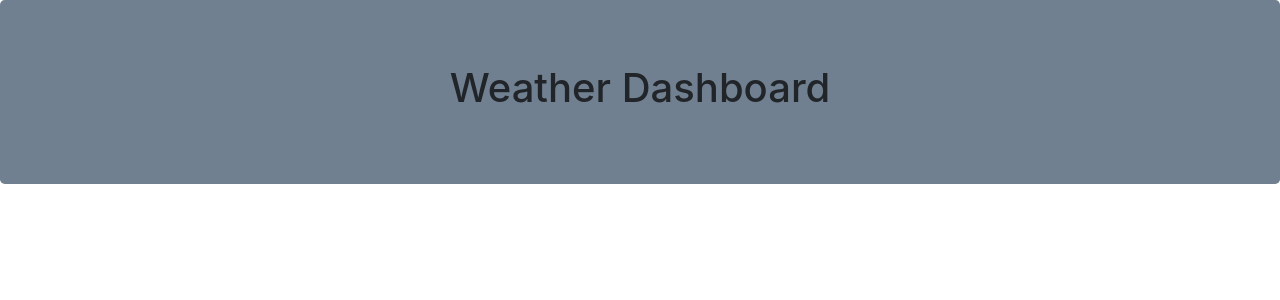
Repository: himaja830/Weather-Dashboard
Page: index.html
An editor plug-in stored every save of this project. The page is shown before and after the next save, followed by the edit.
The browser window is 1280 px wide. The pictures show the whole page.

Above is the page before, as saved 2020-06-27 10:12:02.

### index.html
<!DOCTYPE html>
<html lang="en">
<head>
    <meta charset="UTF-8">
    <meta name="viewport" content="width=device-width, initial-scale=1.0">
    <title>Weather Dashboard</title>
    <link rel="stylesheet" href="https://stackpath.bootstrapcdn.com/bootstrap/4.5.0/css/bootstrap.min.css" integrity="sha384-9aIt2nRpC12Uk9gS9baDl411NQApFmC26EwAOH8WgZl5MYYxFfc+NcPb1dKGj7Sk" crossorigin="anonymous">
    <link rel="stylesheet" href="assets/style.css">
</head>
<body>
    <div class="jumbotron">
        <h1 class="h1">Weather Dashboard</h1>
    </div>

</body>
</html>

### assets/style.css
.jumbotron{
    text-align: center;
    background-color: slategrey;
}

After the next save:
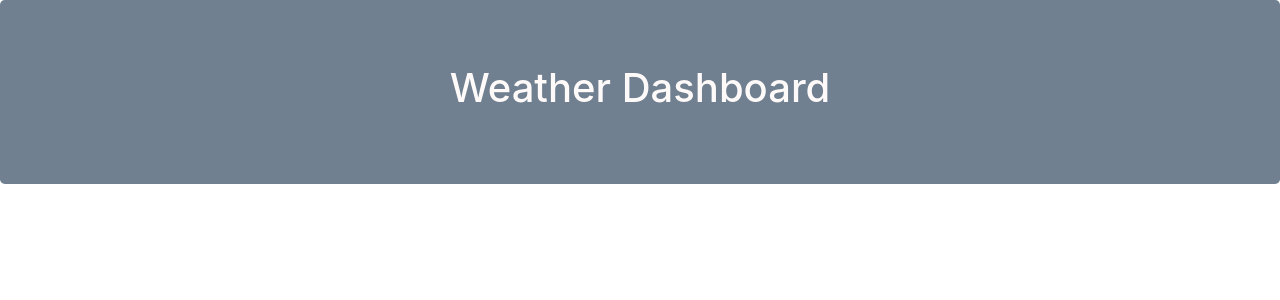
Saved 7 min 26 s later.
--- a/assets/style.css
+++ b/assets/style.css
@@ -1,4 +1,5 @@
 .jumbotron{
     text-align: center;
     background-color: slategrey;
+    color: snow;
 }
